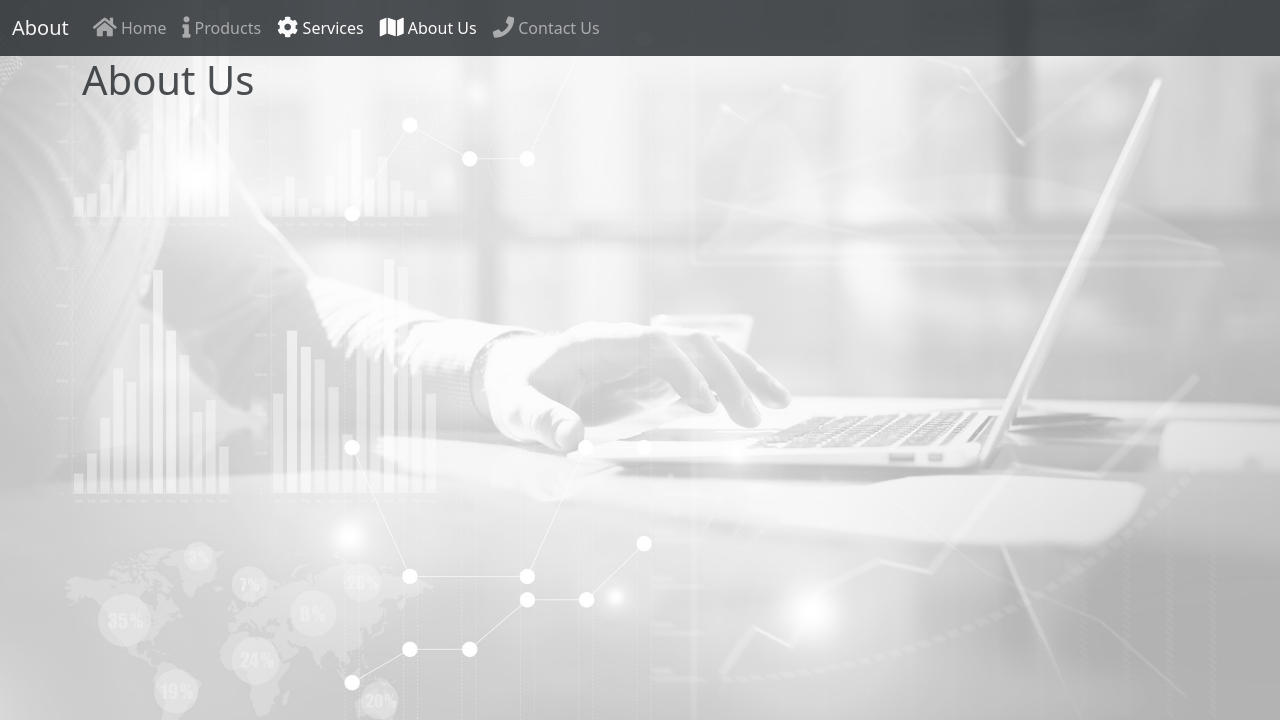
Repository: deividwsantoss/web6201-Lab1
Page: about.html
An editor plug-in stored every save of this project. The page is shown before and after the next save, followed by the edit.
The browser window is 1280 px wide. The pictures show the whole page.

Above is the page before, as saved 2021-02-02 18:13:55.

After the next save:
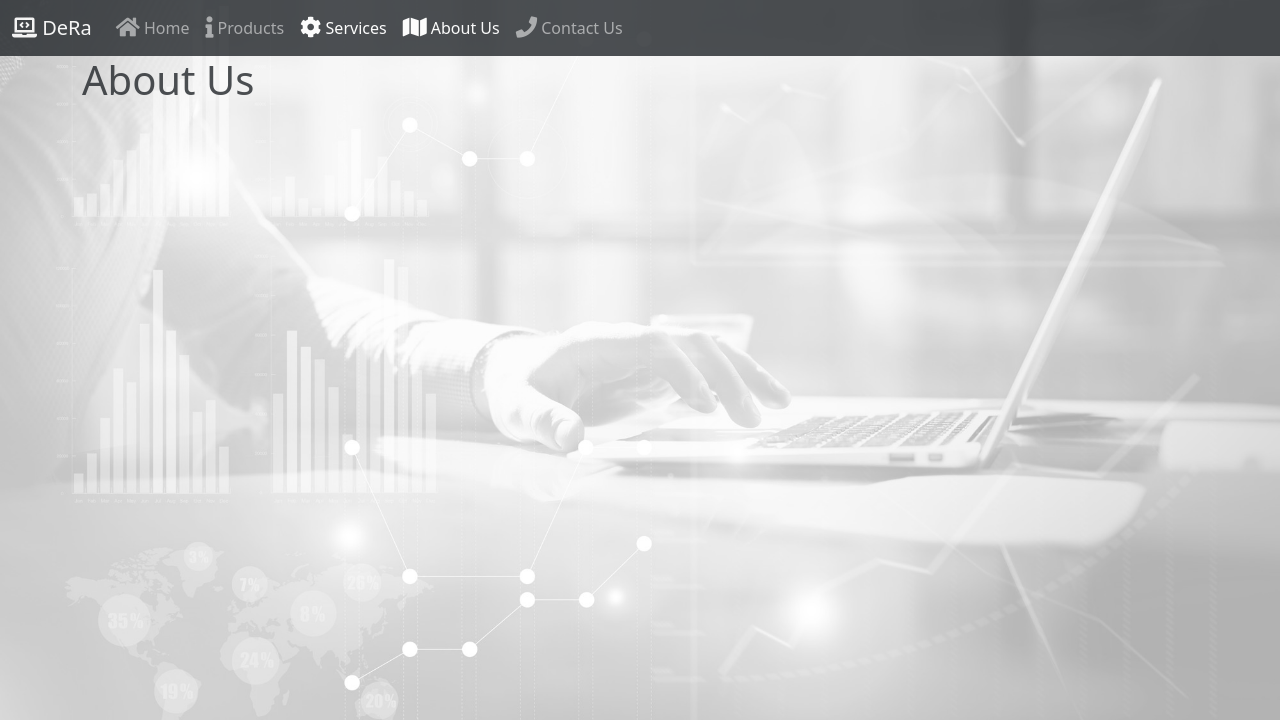
Saved 2 min 8 s later.
--- a/about.html
+++ b/about.html
@@ -15,7 +15,7 @@
     <header>
         <nav class="navbar navbar-expand-lg navbar-dark bg-dark">
             <div class="container-fluid">
-              <a class="navbar-brand" href="Index.html">About</a>
+              <a class="navbar-brand" href="Index.html"><i class="fas fa-laptop-code"></i> DeRa</a>
               <button class="navbar-toggler" type="button" data-bs-toggle="collapse" data-bs-target="#navbarSupportedContent" aria-controls="navbarSupportedContent" aria-expanded="false" aria-label="Toggle navigation">
                 <span class="navbar-toggler-icon"></span>
               </button>
